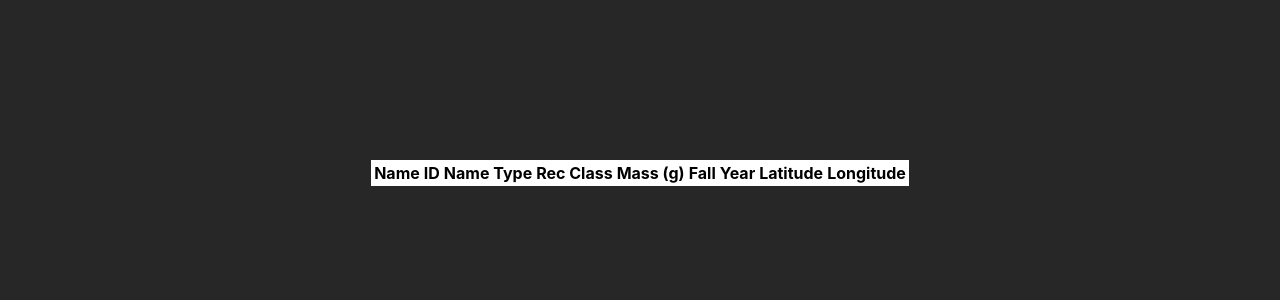
Repository: Tsardines/meteorite-explorer
Page: / (app in meteorite-explorer/)
The author's editor kept a copy of each file at every save. The page is drawn from the files as they stood at one save, then again after the next save.
The browser window is 1280 px wide. The pictures show the whole page.
The page's requests for data from a server got no answer. The project was rebuilt for these pictures with package versions that can differ from the ones it lists, and the page was loaded fresh each time. No one was signed in, and anything a server would have sent is missing.

Above is the page before, as saved 2019-05-27 16:38:13.

### meteorite-explorer/src/App.js
import React, { Component } from 'react';
import './App.css';

// import { BootstrapTable, TableHeaderColumn } from 'react-bootstrap-table';
// import 'react-bootstrap-table-next/dist/react-bootstrap-table2.min.css';

// import Table from 'react-bootstrap/Table';

class App extends Component {
  constructor(props) {
    super(props);

  this.state = {
    items: []
  };
  this.componentWillMount = this.componentWillMount.bind(this);
}

componentWillMount() {
  fetch('https://data.nasa.gov/resource/gh4g-9sfh.json')
  .then(res => res.json())
  .then(data => {
    this.setState({ items: data });
  });
}


  render() {

    const { items } = this.state;

    return (

      <div className="wrapper">
        <table className="my-table">
          <thead>
            <th>Name</th>
            <th>ID</th>
            <th>Name Type</th>
            <th>Rec Class</th>
            <th>Mass (g)</th>
            <th>Fall</th>
            <th>Year</th>
            <th>Latitude</th>
            <th>Longitude</th>
          </thead>

          <tbody>
          { items.map((item, num) => {
            return (
              <tr>
                <td><p key={num}>{item.name}</p></td>
                <td><p key={num}>{item.id}</p></td>
                <td><p key={num}>{item.nametype}</p></td>
                <td><p key={num}>{item.recclass}</p></td>
                <td><p key={num}>{item.mass}</p></td>
                <td><p key={num}>{item.fall}</p></td>
                <td><p key={num}>{item.year}</p></td>
                <td><p key={num}>{item.reclat}</p></td>
                <td><p key={num}>{item.reclong}</p></td>
              </tr>
            )
          })}
          </tbody>
        </table>
      </div>
    )
  } // render

}

export default App;

### meteorite-explorer/src/App.css
body {
  background-color: rgb(39, 39, 39);
}

.wrapper {
  /* background-color: aqua; */
  height: 30rem;
  overflow-y: scroll;
}

.my-table {
  background-color: white;
  margin: 10rem auto;
}

.my-table tr:nth-child(odd):hover {
  background-color: rgb(206, 206, 206);
}

/* .theader th {
  padding-right: 1rem;
} */

/* .table-main {
  background-color: bisque;
}

.table-main:nth-child(even) {
  background-color: aquamarine;
} */

Loaded but not shown: meteorite-explorer/public/index.html (common file); meteorite-explorer/src/index.js (common file); meteorite-explorer/src/index.css (common file); meteorite-explorer/src/serviceWorker.js (common file)

After the next save:
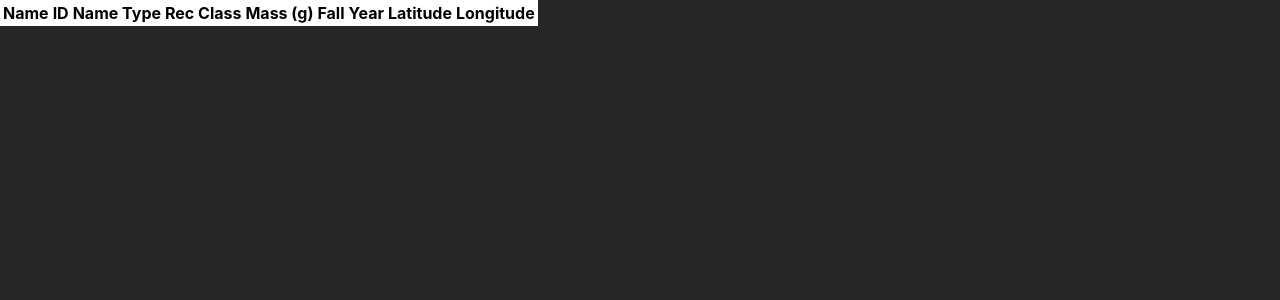
Saved 20 s later.
--- a/meteorite-explorer/src/App.css
+++ b/meteorite-explorer/src/App.css
@@ -10,7 +10,7 @@
 
 .my-table {
   background-color: white;
-  margin: 10rem auto;
+  /* margin: 10rem auto; */
 }
 
 .my-table tr:nth-child(odd):hover {

After the save that followed:
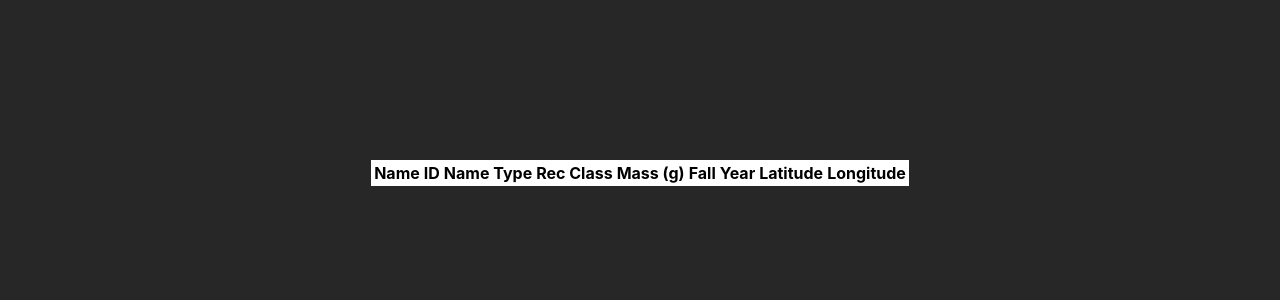
Saved 4 s later.
--- a/meteorite-explorer/src/App.css
+++ b/meteorite-explorer/src/App.css
@@ -10,7 +10,7 @@
 
 .my-table {
   background-color: white;
-  /* margin: 10rem auto; */
+  margin: 10rem auto;
 }
 
 .my-table tr:nth-child(odd):hover {
